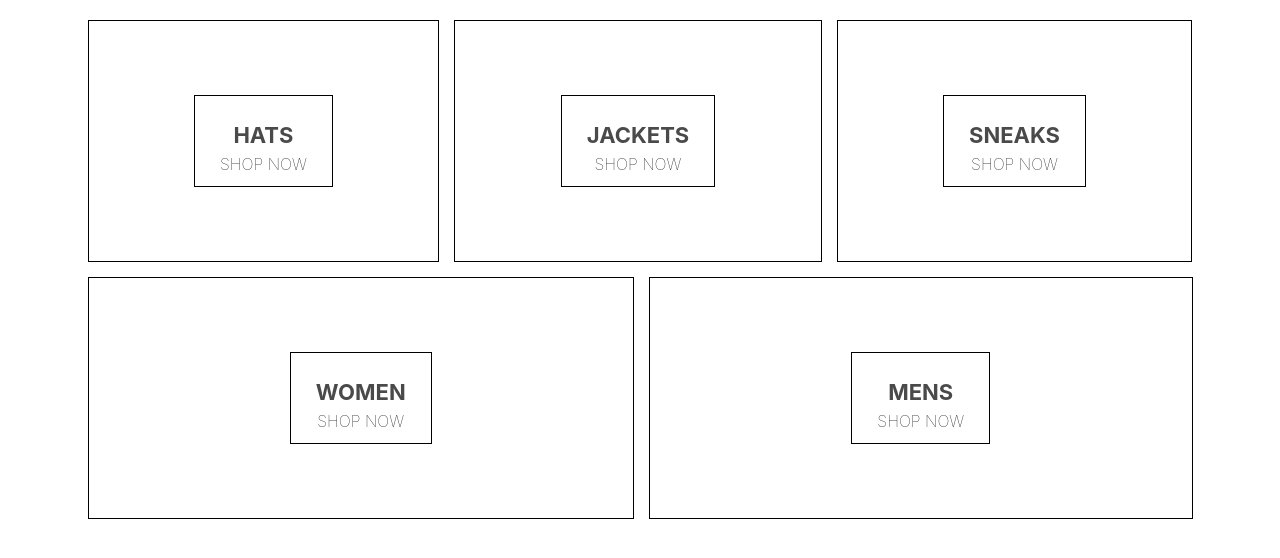
Repository: QuyHoang99k/crwn-clothing
Page: /
An editor plug-in stored every save of this project. The page is shown before and after the next save, followed by the edit.
The browser window is 1280 px wide. The pictures show the whole page.
The project was rebuilt for these pictures with package versions that can differ from the ones it lists, and the page was loaded fresh each time. Also part of the build but not shown: src/App.css.

Above is the page before, as saved 2021-10-21 11:11:28.

After the next save:
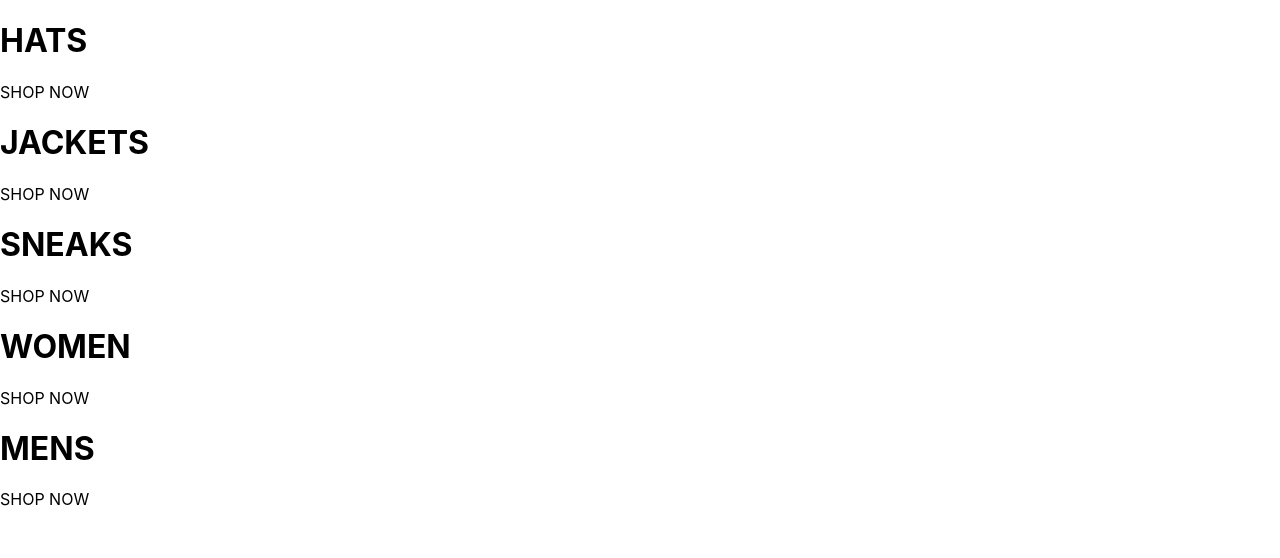
Saved 26 s later.
--- a/src/homepage.component.jsx
+++ b/src/homepage.component.jsx
@@ -1,5 +1,4 @@
 import React from 'react'
-import './homepage.styles.scss';
 const HomePage = () => (
     <div className="homepage">
         <div className="directory-menu">
